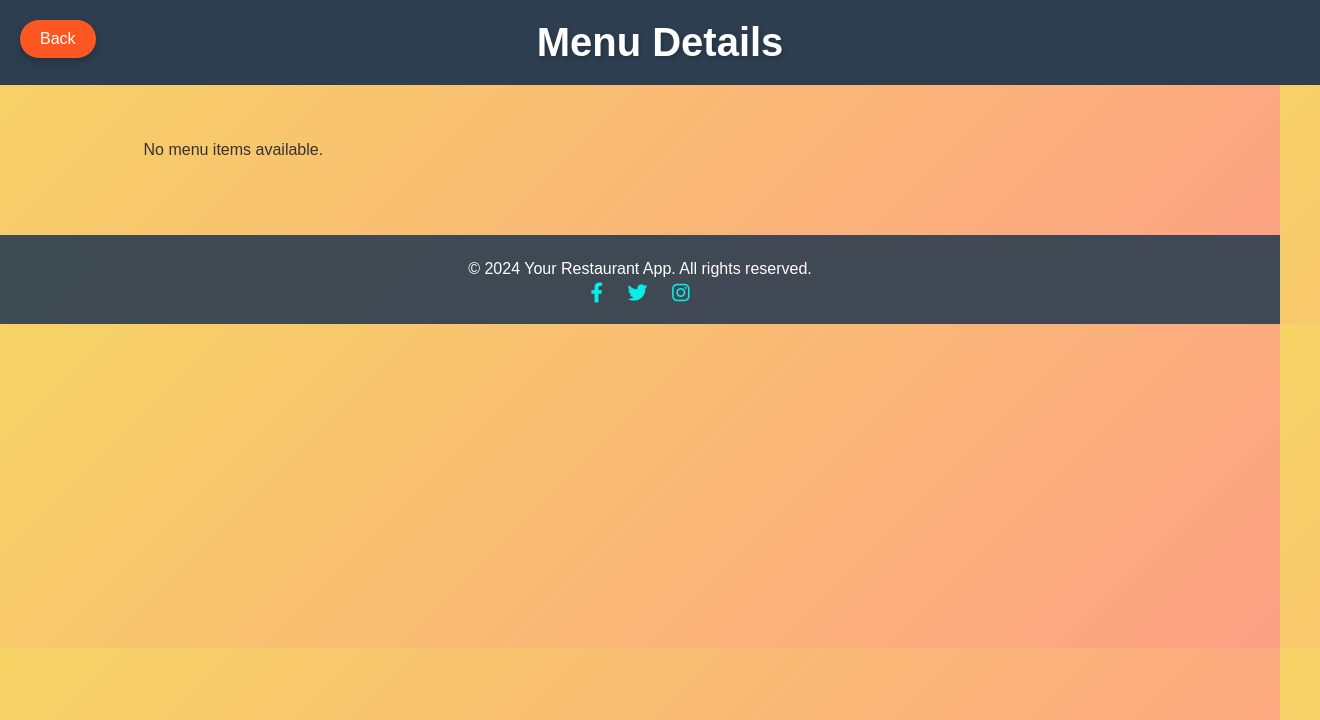
Repository: Masood395/Food-App
Page: http://localhost/FoodApp/getMenu.jsp
The author's editor kept a copy of each file at every save. The page is drawn from the files as they stood at one save, then again after the next save.
The browser window is 1280 px wide. The page is 1320 px wide, so the pictures cover 1320 px, including what lies to the right of the window. The pictures show the whole page.
The page is served by Tomcat 9. Other server files are loaded and not shown.

Above is the page before, as saved 2024-11-12 19:32:09.

### FoodApp/src/main/webapp/getMenu.jsp
<%@ page language="java" contentType="text/html; charset=UTF-8" pageEncoding="UTF-8"%>
<%@ page import="java.util.List" %>
<%@ page import="com.tap.menu.Menu" %>

<!DOCTYPE html>
<html lang="en">
<head>
    <meta charset="UTF-8">
    <meta name="viewport" content="width=device-width, initial-scale=1.0">
    <title>Menu Details</title>
    <link rel="stylesheet" href="https://cdnjs.cloudflare.com/ajax/libs/font-awesome/5.15.4/css/all.min.css">
    <style>
        /* General Styling */
        body {
            font-family: 'Arial', sans-serif;
            background: linear-gradient(135deg, #f6d365 0%, #fda085 100%);
            margin: 0;
            padding: 0;
            box-sizing: border-box;
            color: #333;
        }

        /* Header Styling */
        header {
            background: #2C3E50;
            color: white;
            padding: 20px;
            text-align: center;
            position: relative;
            width: 100%;
        }

        header h1 {
            margin: 0;
            font-size: 2.5em;
            font-weight: bold;
            text-shadow: 2px 2px 4px rgba(0, 0, 0, 0.2);
        }

        /* Back Button Styling */
        .back-button {
            position: absolute;
            top: 20px;
            left: 20px;
            padding: 10px 20px;
            background: #FF5722;
            color: white;
            font-size: 1em;
            border: none;
            border-radius: 50px;
            cursor: pointer;
            transition: background 0.3s ease;
            box-shadow: 0 4px 8px rgba(0, 0, 0, 0.2);
        }

        .back-button:hover {
            background: #E64A19;
        }

        /* Grid Container for Cards */
        .container {
            display: grid;
            grid-template-columns: repeat(auto-fill, minmax(300px, 1fr));
            gap: 20px;
            padding: 40px;
            justify-items: center;
        }

        /* Card Styling */
        .card {
            background: #fff;
            border-radius: 15px;
            overflow: hidden;
            width: 100%;
            max-width: 350px;
            box-shadow: 0 10px 20px rgba(0, 0, 0, 0.15);
            transition: transform 0.3s ease, box-shadow 0.3s ease;
        }

        .card:hover {
            transform: translateY(-10px);
            box-shadow: 0 15px 30px rgba(0, 0, 0, 0.25);
        }

        .card img {
            width: 100%;
            height: 250px;
            object-fit: cover;
        }

        .card-body {
            padding: 20px;
            text-align: center;
        }

        .card h2 {
            font-size: 1.8em;
            color: #333;
            margin: 10px 0;
        }

        .price {
            font-size: 1.4em;
            color: #FF5722;
            font-weight: bold;
            margin: 10px 0;
        }

        .rating {
            font-size: 1em;
            color: #FFC107;
            margin: 5px 0;
        }

        .availability {
            font-weight: bold;
            margin-top: 5px;
            color: #555;
        }

        .available {
            color: #4CAF50;
        }

        .not-available {
            color: #E74C3C;
        }

        .add-to-cart {
            background: #28a745;
            color: white;
            border: none;
            border-radius: 30px;
            padding: 10px 20px;
            font-size: 1em;
            cursor: pointer;
            transition: background 0.3s ease;
            margin-top: 15px;
            width: 100%;
        }

        .add-to-cart:hover {
            background: #218838;
        }

        .quantity-selector {
            margin-top: 15px;
            display: flex;
            align-items: center;
            justify-content: center;
        }

        .quantity-selector select {
            padding: 8px;
            border-radius: 5px;
            border: 1px solid #ccc;
            margin-right: 10px;
            font-size: 1em;
        }

        /* Footer Styling */
        footer {
            background: rgba(44, 62, 80, 0.9);
            padding: 20px;
            text-align: center;
            color: #fff;
            margin-top: 20px;
        }

        footer p {
            margin: 5px 0;
        }

        .social-icons a {
            margin: 0 10px;
            color: #08eee5;
            font-size: 20px;
            transition: color 0.3s;
            text-decoration: none;
        }

        .social-icons a:hover {
            color: #ff5722;
        }

        /* Responsive Styling */
        @media (max-width: 768px) {
            header h1 {
                font-size: 2em;
            }
            .container {
                padding: 20px;
            }
        }

        @media (max-width: 480px) {
            header h1 {
                font-size: 1.5em;
            }
            .back-button {
                padding: 6px 12px;
                font-size: 0.9em;
            }
        }
    </style>
</head>
<body>

<header>
    <h1>Menu Details</h1>
    <button class="back-button" onclick="window.history.back();">Back</button>
</header>

<div class="container">
    <%
        List<Menu> mList = (List<Menu>) session.getAttribute("menuList");
        if (mList != null && !mList.isEmpty()) {
            for(Menu mnu : mList) {
    %>
        <div class="card">
            <img src="<%= mnu.getImage() %>" alt="<%= mnu.getMenuName() %>">
            <div class="card-body">
                <h2><%= mnu.getMenuName() %></h2>
                <p><strong>Description:</strong> <%= mnu.getDescription() %></p>
                <p class="price">$<%= mnu.getPrice() %></p>
                <p class="rating">Rating: <%= mnu.getRating() %> / 5</p>
                <p class="availability <%= mnu.isAvailable() ? "available" : "not-available" %>">
                    <%= mnu.isAvailable() ? "Available" : "Not Available" %>
                </p>
                <div class="quantity-selector">
                    <form action="addcartcntrl" method="post">
                        <select name="quantity">
                            <% for (int i = 1; i <= 10; i++) { %>
                                <option value="<%= i %>"><%= i %></option>
                            <% } %>
                        </select>
                        <input type="hidden" name="id" value="<%= mnu.getMenuId() %>">
                        <input type="hidden" name="img" value="<%= mnu.getImage() %>">

<%--                         <input type="hidden" name="name" value="<%= mnu.getMenuName() %>">
                        <input type="hidden" name="price" value="<%= mnu.getPrice() %>"> --%>
                        <!-- <input type="hidden" name="action" value="add"> -->
                        <button type="submit" class="add-to-cart">Add to Cart</button>
                    </form>
                </div>
            </div>
        </div>
    <%
            }
        } else {
            out.println("<p>No menu items available.</p>");
        }
    %>
</div>

<footer>
    <p>&copy; 2024 Your Restaurant App. All rights reserved.</p>
    <div class="social-icons">
        <a href="#" class="fab fa-facebook-f"></a>
        <a href="#" class="fab fa-twitter"></a>
        <a href="#" class="fab fa-instagram"></a>
    </div>
</footer>

</body>
</html>

After the next save:
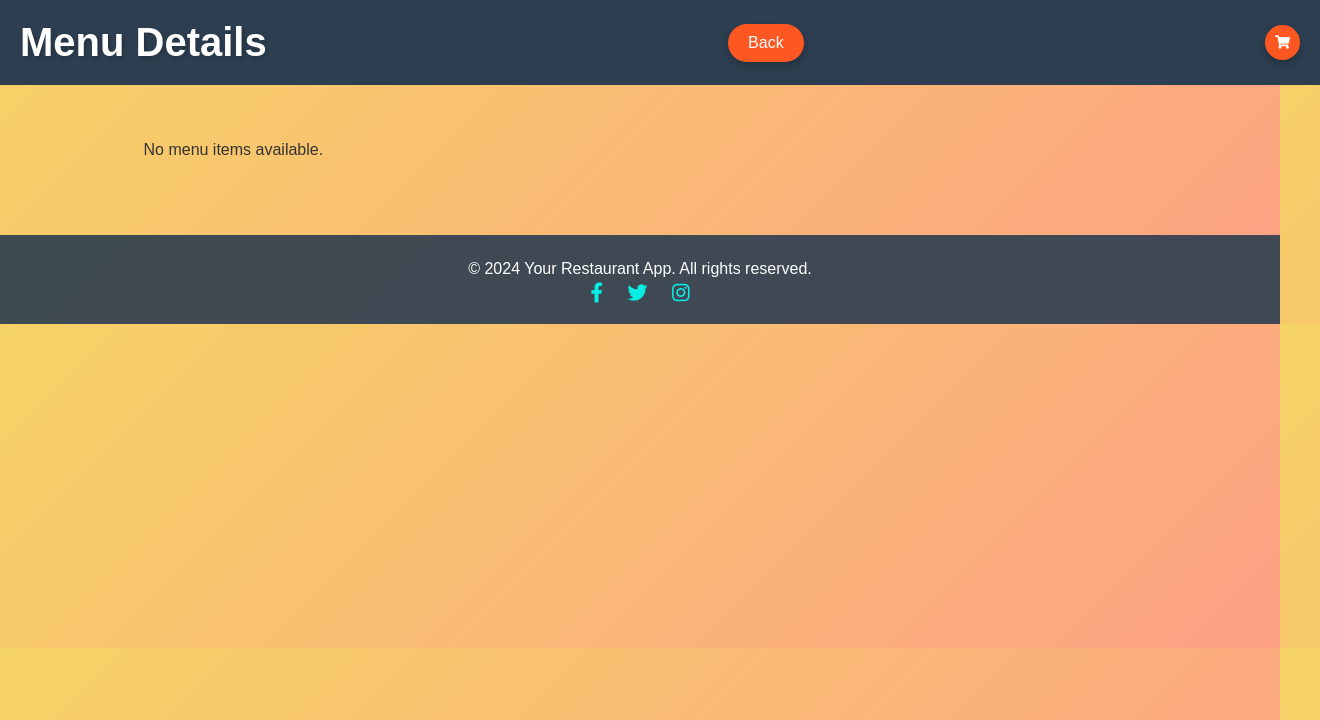
Saved 40 s later.
--- a/FoodApp/src/main/webapp/getMenu.jsp
+++ b/FoodApp/src/main/webapp/getMenu.jsp
@@ -25,8 +25,9 @@
             background: #2C3E50;
             color: white;
             padding: 20px;
-            text-align: center;
-            position: relative;
+            display: flex;
+            justify-content: space-between; /* Aligns items to the edges */
+            align-items: center; /* Centers items vertically */
             width: 100%;
         }
 
@@ -39,9 +40,6 @@
 
         /* Back Button Styling */
         .back-button {
-            position: absolute;
-            top: 20px;
-            left: 20px;
             padding: 10px 20px;
             background: #FF5722;
             color: white;
@@ -54,6 +52,23 @@
         }
 
         .back-button:hover {
+            background: #E64A19;
+        }
+
+        /* Cart Icon Styling */
+        .cart-icon {
+            background: #FF5722;
+            color: white;
+            border: none;
+            border-radius: 50%;
+            padding: 10px;
+            cursor: pointer;
+            transition: transform 0.3s ease, background 0.3s ease;
+            box-shadow: 0 4px 8px rgba(0, 0, 0, 0.2);
+        }
+
+        .cart-icon:hover {
+            transform: scale(1.1);
             background: #E64A19;
         }
 
@@ -106,7 +121,7 @@
             margin: 10px 0;
         }
 
-        .rating {
+ .rating {
             font-size: 1em;
             color: #FFC107;
             margin: 5px 0;
@@ -201,6 +216,10 @@
                 padding: 6px 12px;
                 font-size: 0.9em;
             }
+            .cart-icon {
+                padding: 8px;
+                font-size: 0.9em;
+            }
         }
     </style>
 </head>
@@ -209,6 +228,9 @@
 <header>
     <h1>Menu Details</h1>
     <button class="back-button" onclick="window.history.back();">Back</button>
+    <button class="cart-icon" onclick="window.location.href='cart.jsp';">
+        <i class="fas fa-shopping-cart"></i>
+    </button>
 </header>
 
 <div class="container">
@@ -236,10 +258,6 @@
                         </select>
                         <input type="hidden" name="id" value="<%= mnu.getMenuId() %>">
                         <input type="hidden" name="img" value="<%= mnu.getImage() %>">
-
-<%--                         <input type="hidden" name="name" value="<%= mnu.getMenuName() %>">
-                        <input type="hidden" name="price" value="<%= mnu.getPrice() %>"> --%>
-                        <!-- <input type="hidden" name="action" value="add"> -->
                         <button type="submit" class="add-to-cart">Add to Cart</button>
                     </form>
                 </div>
@@ -248,7 +266,7 @@
     <%
             }
         } else {
-            out.println("<p>No menu items available.</p>");
+            out.println("<p >No menu items available.</p>");
         }
     %>
 </div>

After the save that followed:
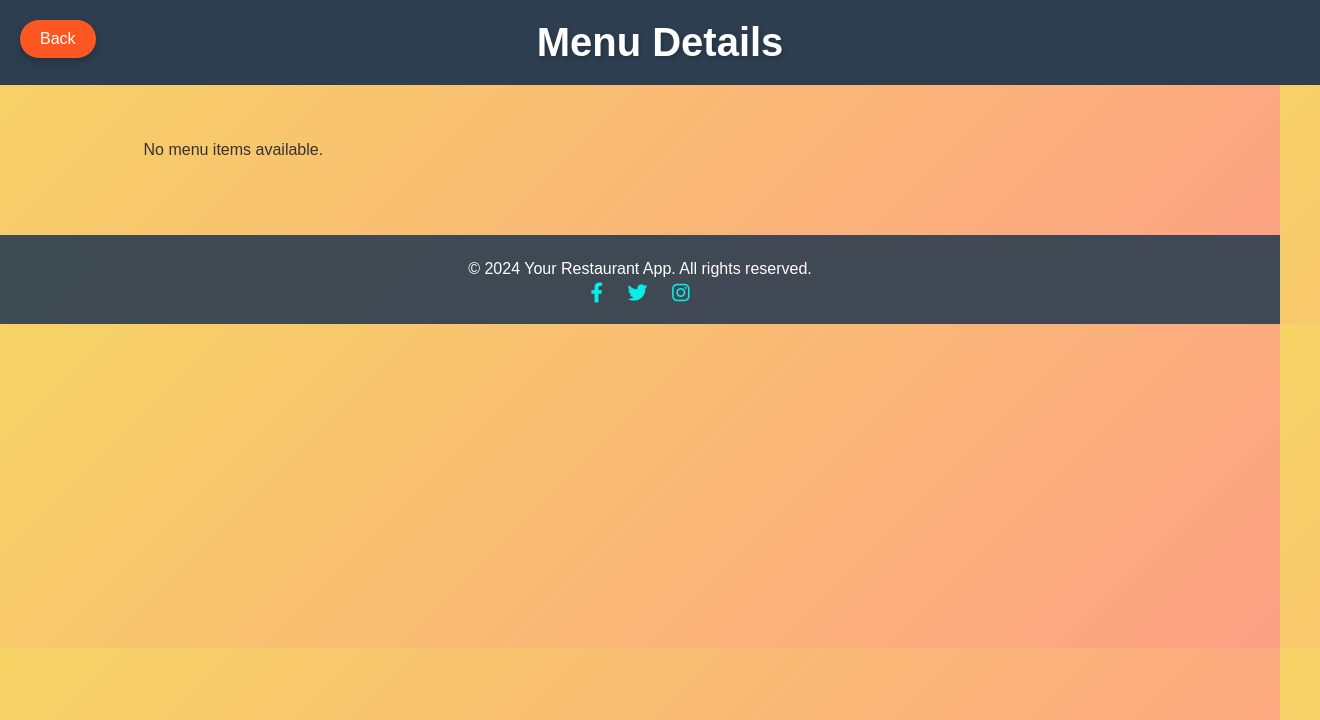
Saved 14 s later.
--- a/FoodApp/src/main/webapp/getMenu.jsp
+++ b/FoodApp/src/main/webapp/getMenu.jsp
@@ -25,9 +25,8 @@
             background: #2C3E50;
             color: white;
             padding: 20px;
-            display: flex;
-            justify-content: space-between; /* Aligns items to the edges */
-            align-items: center; /* Centers items vertically */
+            text-align: center;
+            position: relative;
             width: 100%;
         }
 
@@ -40,6 +39,9 @@
 
         /* Back Button Styling */
         .back-button {
+            position: absolute;
+            top: 20px;
+            left: 20px;
             padding: 10px 20px;
             background: #FF5722;
             color: white;
@@ -52,23 +54,6 @@
         }
 
         .back-button:hover {
-            background: #E64A19;
-        }
-
-        /* Cart Icon Styling */
-        .cart-icon {
-            background: #FF5722;
-            color: white;
-            border: none;
-            border-radius: 50%;
-            padding: 10px;
-            cursor: pointer;
-            transition: transform 0.3s ease, background 0.3s ease;
-            box-shadow: 0 4px 8px rgba(0, 0, 0, 0.2);
-        }
-
-        .cart-icon:hover {
-            transform: scale(1.1);
             background: #E64A19;
         }
 
@@ -121,7 +106,7 @@
             margin: 10px 0;
         }
 
- .rating {
+        .rating {
             font-size: 1em;
             color: #FFC107;
             margin: 5px 0;
@@ -216,10 +201,6 @@
                 padding: 6px 12px;
                 font-size: 0.9em;
             }
-            .cart-icon {
-                padding: 8px;
-                font-size: 0.9em;
-            }
         }
     </style>
 </head>
@@ -228,9 +209,6 @@
 <header>
     <h1>Menu Details</h1>
     <button class="back-button" onclick="window.history.back();">Back</button>
-    <button class="cart-icon" onclick="window.location.href='cart.jsp';">
-        <i class="fas fa-shopping-cart"></i>
-    </button>
 </header>
 
 <div class="container">
@@ -258,6 +236,10 @@
                         </select>
                         <input type="hidden" name="id" value="<%= mnu.getMenuId() %>">
                         <input type="hidden" name="img" value="<%= mnu.getImage() %>">
+
+<%--                         <input type="hidden" name="name" value="<%= mnu.getMenuName() %>">
+                        <input type="hidden" name="price" value="<%= mnu.getPrice() %>"> --%>
+                        <!-- <input type="hidden" name="action" value="add"> -->
                         <button type="submit" class="add-to-cart">Add to Cart</button>
                     </form>
                 </div>
@@ -266,7 +248,7 @@
     <%
             }
         } else {
-            out.println("<p >No menu items available.</p>");
+            out.println("<p>No menu items available.</p>");
         }
     %>
 </div>
